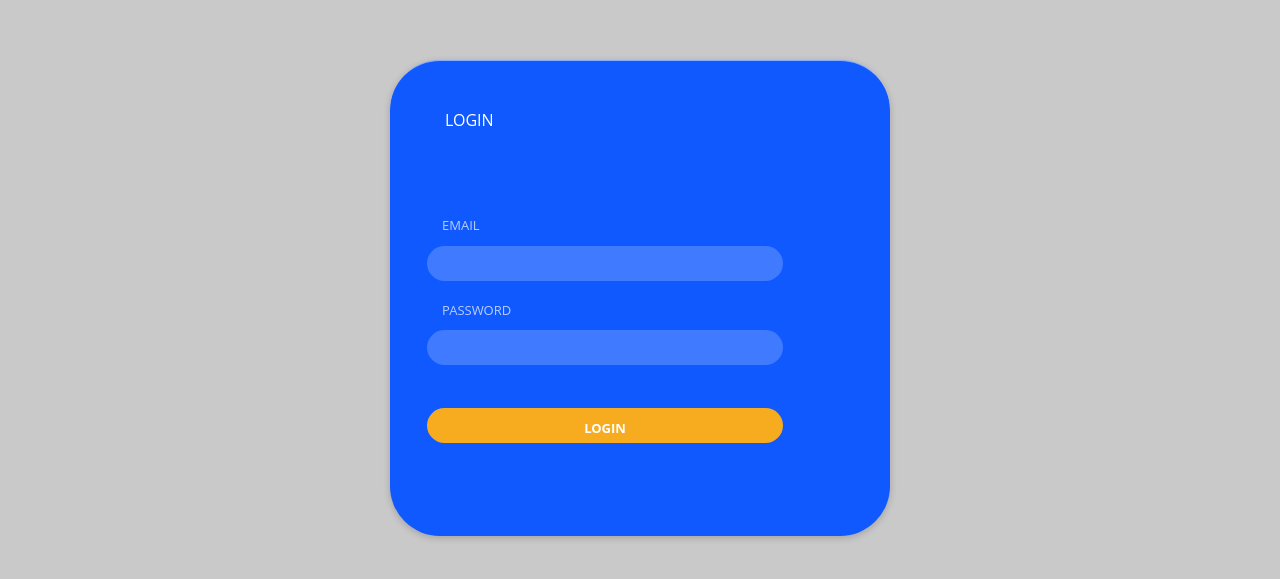
Repository: Yassin-Boushi/Safer
Page: http://localhost/login
These files come from the project's save history. The page is drawn as it stood at one moment and after the next save; the edit follows.
The browser window is 1280 px wide. The pictures show the whole page.
The page is served by the project's Laravel application, run on PHP 8.4 with Laravel 9.

Above is the page before, as saved 2025-01-29 09:57:42.

After the next save:
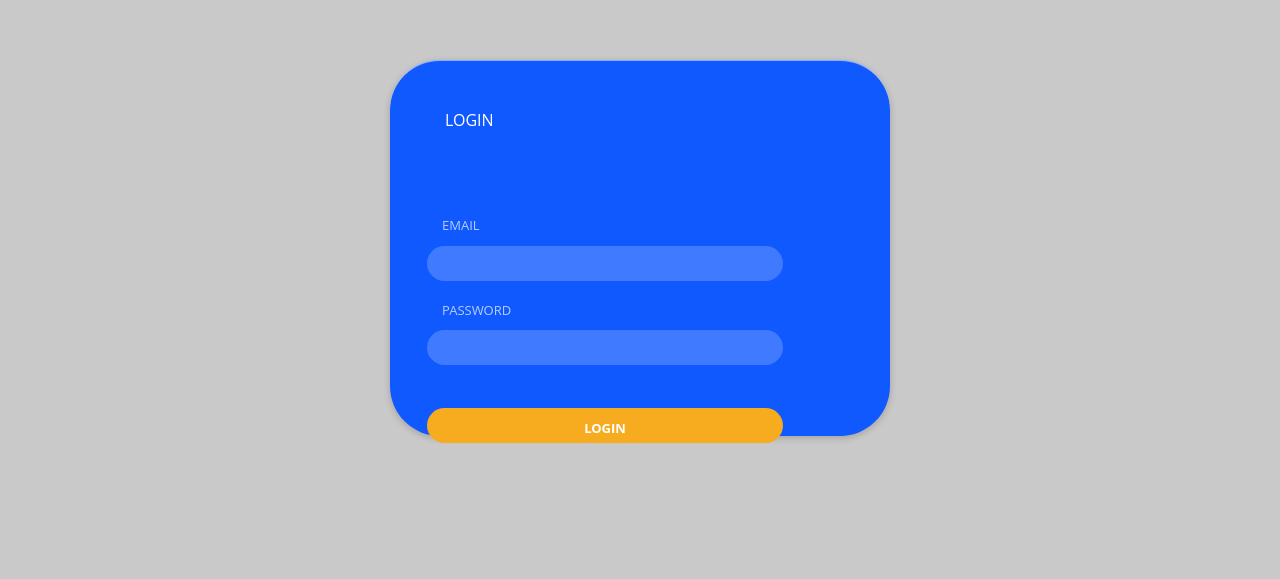
Saved 46 s later.
--- a/public/css/add.css
+++ b/public/css/add.css
@@ -97,7 +97,7 @@ li {
 
 .form-signin {
     width: 430px;
-    height: 375px;
+    height: 275px;
     font-size: 16px;
     font-weight: 300;
     padding-left: 37px;
